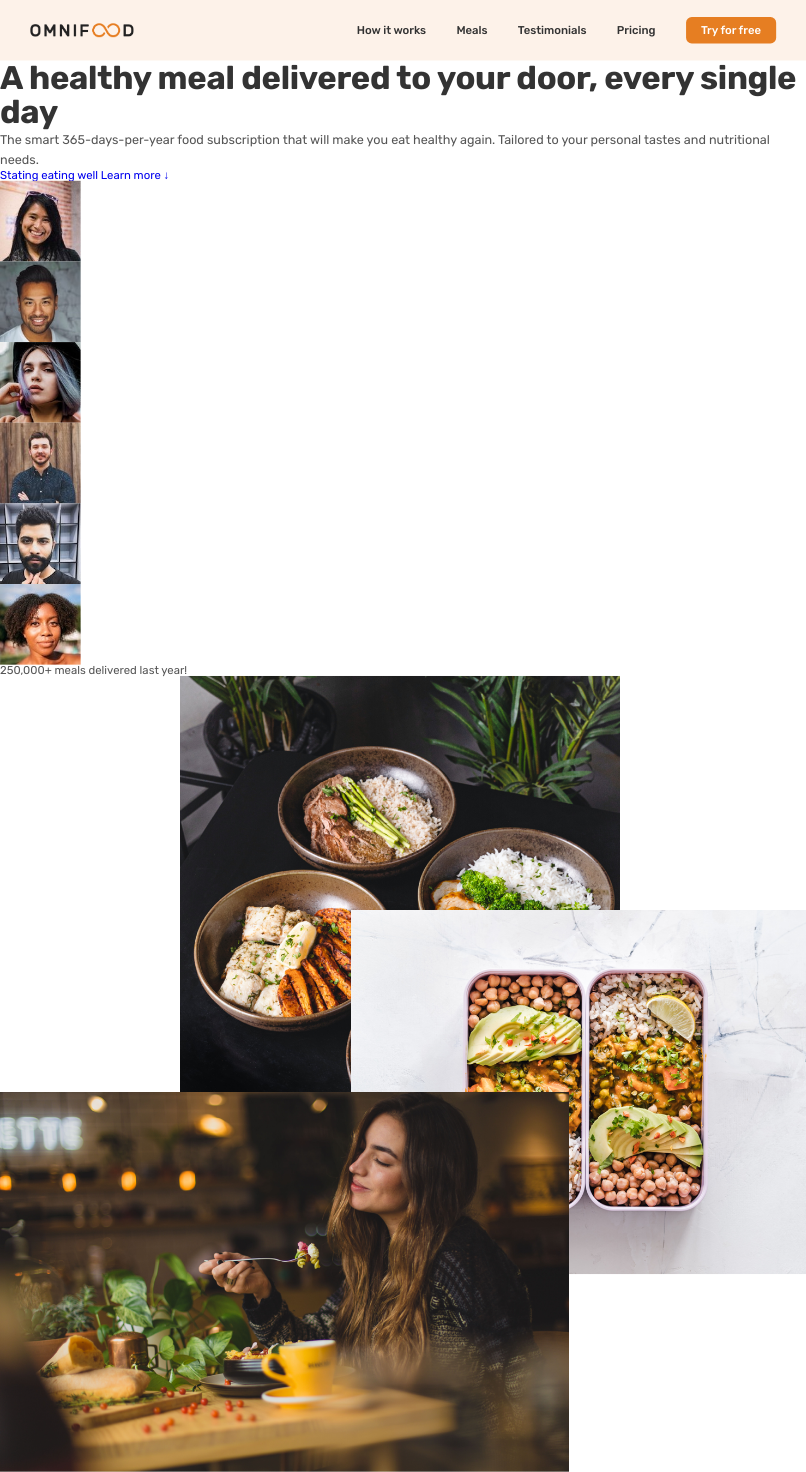
Repository: longvuht/omnifood-vu-nl
Page: index.html
An editor plug-in stored every save of this project. The page is shown before and after the next save, followed by the edit.
The browser window is 1280 px wide. The pictures show the whole page, at 63% of full size.
The style sheet was rebuilt from its Sass, Less or Tailwind sources for each picture, by a compiler version that may differ from the author's.

Above is the page before, as saved 2022-09-18 17:47:59.

### index.html
<!DOCTYPE html>
<html lang="en">
  <head>
    <meta charset="UTF-8" />
    <meta name="viewport" content="width=device-width, initial-scale=1.0" />
    <link rel="preconnect" href="https://fonts.googleapis.com" />
    <link rel="preconnect" href="https://fonts.gstatic.com" crossorigin />
    <link
      href="https://fonts.googleapis.com/css2?family=Rubik:wght@400;500;600;700&display=swap"
      rel="stylesheet"
    />
    <link rel="stylesheet" href="./css/style.css" />
    <title>Omnifood vu-nl</title>
  </head>
  <body>
    <div class="wrapper">
      <header class="header">
        <div class="header__container">
          <div class="header__logo">
            <a href="#none" class="header__link"
              ><img
                src="./image/omnifood-logo.png"
                alt="logo omnifood-logo"
                class="header__image"
            /></a>
          </div>
          <div class="header__menu">
            <ul class="header__list">
              <li class="header__item">
                <a href="#none" class="header__link">How it works</a>
              </li>
              <li class="header__item">
                <a href="#none" class="header__link">Meals</a>
              </li>
              <li class="header__item">
                <a href="#none" class="header__link">Testimonials</a>
              </li>
              <li class="header__item">
                <a href="#none" class="header__link">Pricing</a>
              </li>
              <li class="header__item">
                <a href="#none" class="header__link">Try for free</a>
              </li>
            </ul>
          </div>
        </div>
      </header>
      <section class="hero">
        <div class="hero__container">
          <div class="hero__info">
            <h1 class="hero__heading">
              A healthy meal delivered to your door, every single day
            </h1>
            <p class="text-lg hero__desc">
              The smart 365-days-per-year food subscription that will make you
              eat healthy again. Tailored to your personal tastes and
              nutritional needs.
            </p>
            <a href="#none" class="button button--primary"
              >Stating eating well</a
            >
            <a href="#none" class="button button--secondary"
              >Learn more &ShortDownArrow;</a
            >
            <div class="hero__meals">
              <div class="hero__meals-customer">
                <img src="./image/customers/customer-1.jpg" alt="customer image" class="hero__meals-image"></img>
                <img src="./image/customers/customer-2.jpg" alt="customer image" class="hero__meals-image"></img>
                <img src="./image/customers/customer-3.jpg" alt="customer image" class="hero__meals-image"></img>
                <img src="./image/customers/customer-4.jpg" alt="customer image" class="hero__meals-image"></img>
                <img src="./image/customers/customer-5.jpg" alt="customer image" class="hero__meals-image"></img>
                <img src="./image/customers/customer-6.jpg" alt="customer image" class="hero__meals-image"></img>
              </div>
              <p hero__meals-delivered><span>250,000+</span> meals delivered last year!</p>
            </div>
          </div>
          <div class="hero__image">
            <img
              src="./image/hero.png"
              alt="woman enjoying food, meals in strorage container, and food bowls on a table"
            />
          </div>
        </div>
      </section>
    </div>
  </body>
</html>

### sass/app.scss
@import "reset";
@import "variables";
@import "typography";
@import "global";
@import "header";
@import "hero";

### sass/_reset.scss
html {
  box-sizing: border-box;
}
* {
  margin: 0;
  padding: 0;
}
*,
*:before,
*:after {
  box-sizing: border-box;
}
input,
textarea,
select,
button {
  outline: none;
}
input {
  line-height: normal;
}
label,
button {
  cursor: pointer;
}
a {
  text-decoration: none;
}
img {
  display: block;
  max-width: 100%;
}
html {
  font-size: 62.5%;
}

### sass/_variables.scss
$primary-color: #fdf2e9;
$secondary-color: #e67e22;
$heading-color: #333;
$logo-color: #808080;
$text-color: #555;
$font: "Rubik", sans-serif;

### sass/_typography.scss
h1 {
  font-size: 5.2rem;
  font-weight: 700;
  letter-spacing: -0.5px;
  line-height: calc(54.6 / 52);
  color: $heading-color;
}
h2 {
  font-size: 4.4rem;
  font-weight: 700;
  letter-spacing: -0.5px;
  line-height: calc(52.8 / 44);
  color: $heading-color;
}
h3 {
  font-size: 3rem;
  font-weight: 700;
  letter-spacing: -0.5px;
  line-height: calc(36 / 30);
  counter-reset: $heading-color;
}
.text-lg {
  font-size: 2rem;
  line-height: calc(32 / 20);
}

### sass/_global.scss
body {
  font-family: $font;
  font-size: 1.8rem;
  line-height: 1;
  font-weight: 400;
  color: #555;
}
.container {
  max-width: 120rem;
  margin: 0 auto;
}

### sass/_header.scss
.header {
  &__container {
    padding: 2.7rem 4.8rem;
    background-color: $primary-color;
    display: flex;
    justify-content: space-between;
    align-items: center;
  }
  &__image {
    height: 2.2rem;
  }
  &__list {
    display: flex;
    justify-content: space-between;
    align-items: center;
    gap: 0 4.8rem;
    list-style-type: none;
  }
  &__item {
    &:last-child {
      padding: 1.2rem 2.4rem;
      color: #fff;
      background-color: $secondary-color;
      border-radius: 0.9rem;
      & .header__link {
        color: #fff;
      }
    }
  }
  &__link {
    color: $heading-color;
    font-weight: 500;
  }
}

Loaded but not shown: sass/_hero.scss (no stored copy; drawn as an empty file)

After the next save:
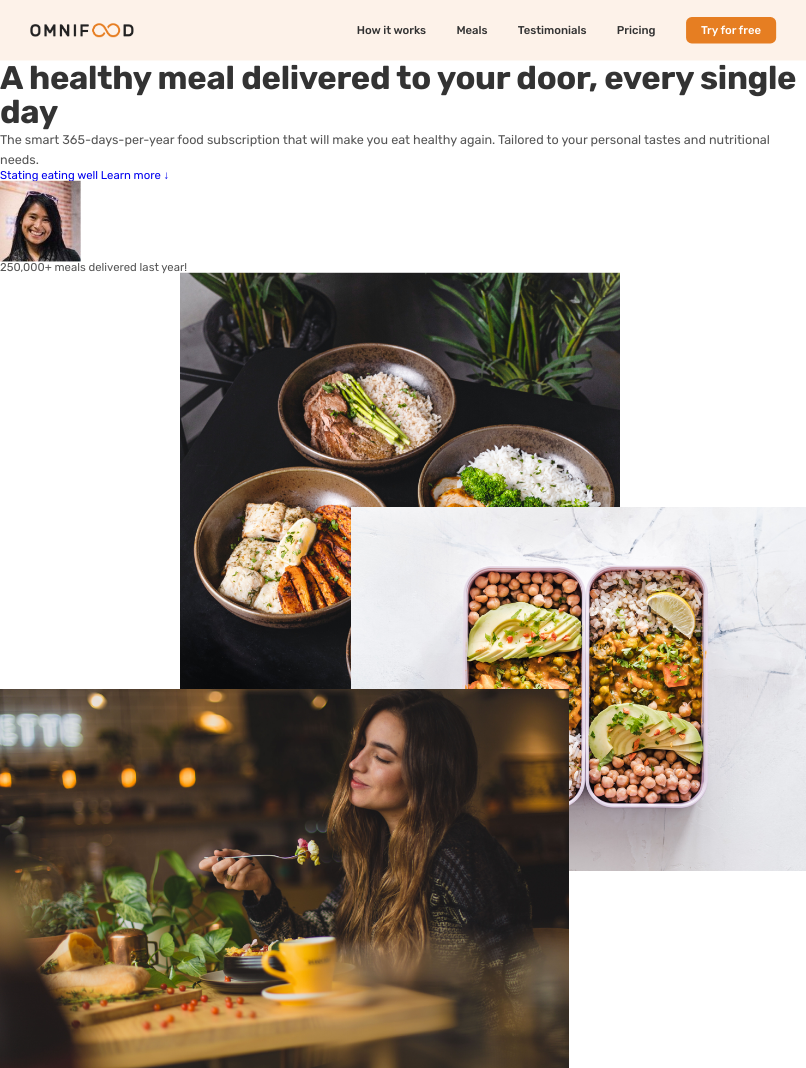
Saved 41 s later.
--- a/index.html
+++ b/index.html
@@ -64,14 +64,15 @@
             >
             <div class="hero__meals">
               <div class="hero__meals-customer">
-                <img src="./image/customers/customer-1.jpg" alt="customer image" class="hero__meals-image"></img>
-                <img src="./image/customers/customer-2.jpg" alt="customer image" class="hero__meals-image"></img>
-                <img src="./image/customers/customer-3.jpg" alt="customer image" class="hero__meals-image"></img>
-                <img src="./image/customers/customer-4.jpg" alt="customer image" class="hero__meals-image"></img>
-                <img src="./image/customers/customer-5.jpg" alt="customer image" class="hero__meals-image"></img>
-                <img src="./image/customers/customer-6.jpg" alt="customer image" class="hero__meals-image"></img>
+                <img
+                  src="./image/customers/customer-1.jpg"
+                  alt="customer image"
+                  class="hero__meals-image"
+                />
               </div>
-              <p hero__meals-delivered><span>250,000+</span> meals delivered last year!</p>
+              <p hero__meals-delivered>
+                <span>250,000+</span> meals delivered last year!
+              </p>
             </div>
           </div>
           <div class="hero__image">

After the 2 saves that followed:
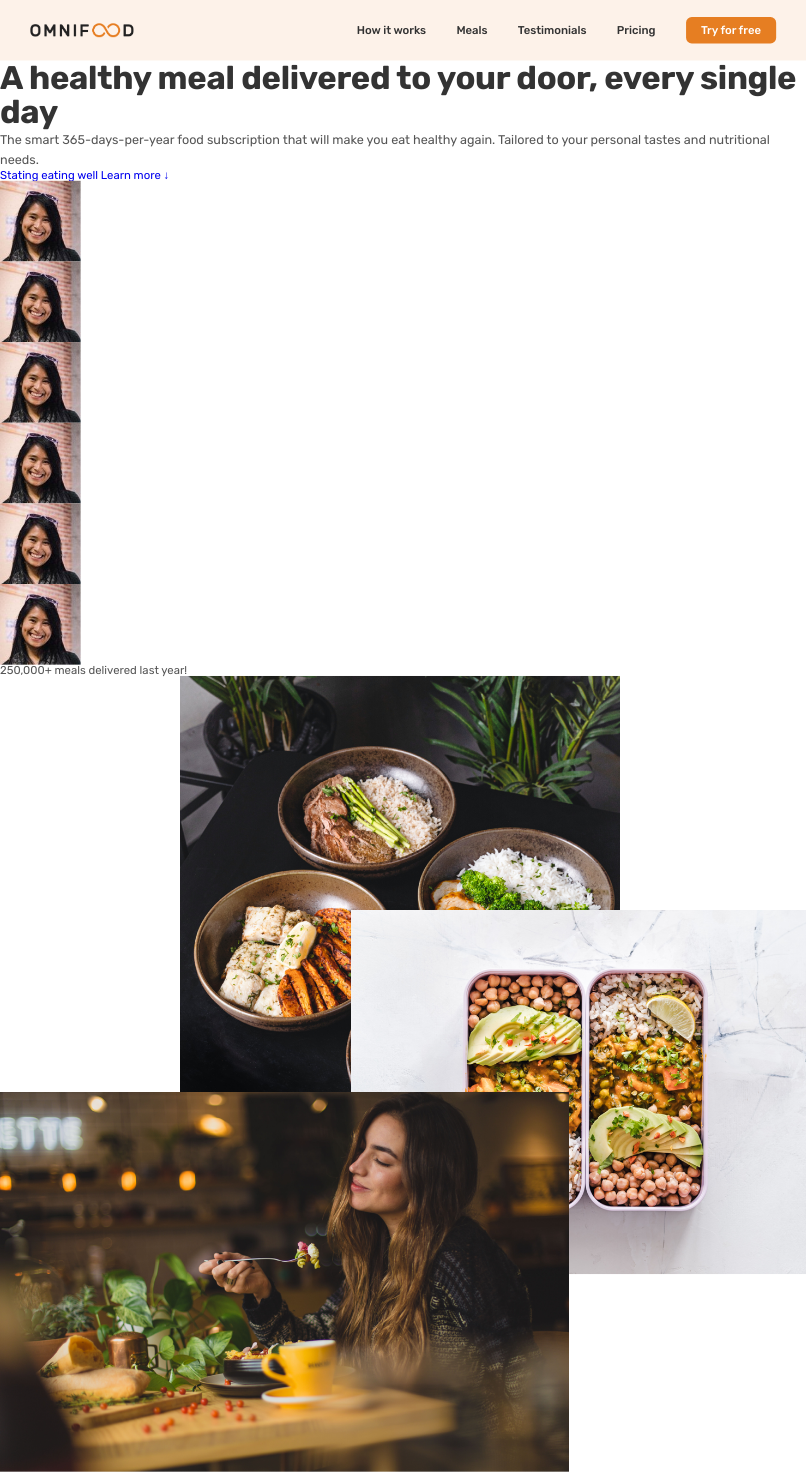
The 2 saves are shown as one change because 1 left the picture as it was.
The last was saved 60 s later.
--- a/index.html
+++ b/index.html
@@ -69,8 +69,33 @@
                   alt="customer image"
                   class="hero__meals-image"
                 />
+                <img
+                  src="./image/customers/customer-1.jpg"
+                  alt="customer image"
+                  class="hero__meals-image"
+                />
+                <img
+                  src="./image/customers/customer-1.jpg"
+                  alt="customer image"
+                  class="hero__meals-image"
+                />
+                <img
+                  src="./image/customers/customer-1.jpg"
+                  alt="customer image"
+                  class="hero__meals-image"
+                />
+                <img
+                  src="./image/customers/customer-1.jpg"
+                  alt="customer image"
+                  class="hero__meals-image"
+                />
+                <img
+                  src="./image/customers/customer-1.jpg"
+                  alt="customer image"
+                  class="hero__meals-image"
+                />
               </div>
-              <p hero__meals-delivered>
+              <p class="hero__meals-delivered">
                 <span>250,000+</span> meals delivered last year!
               </p>
             </div>
